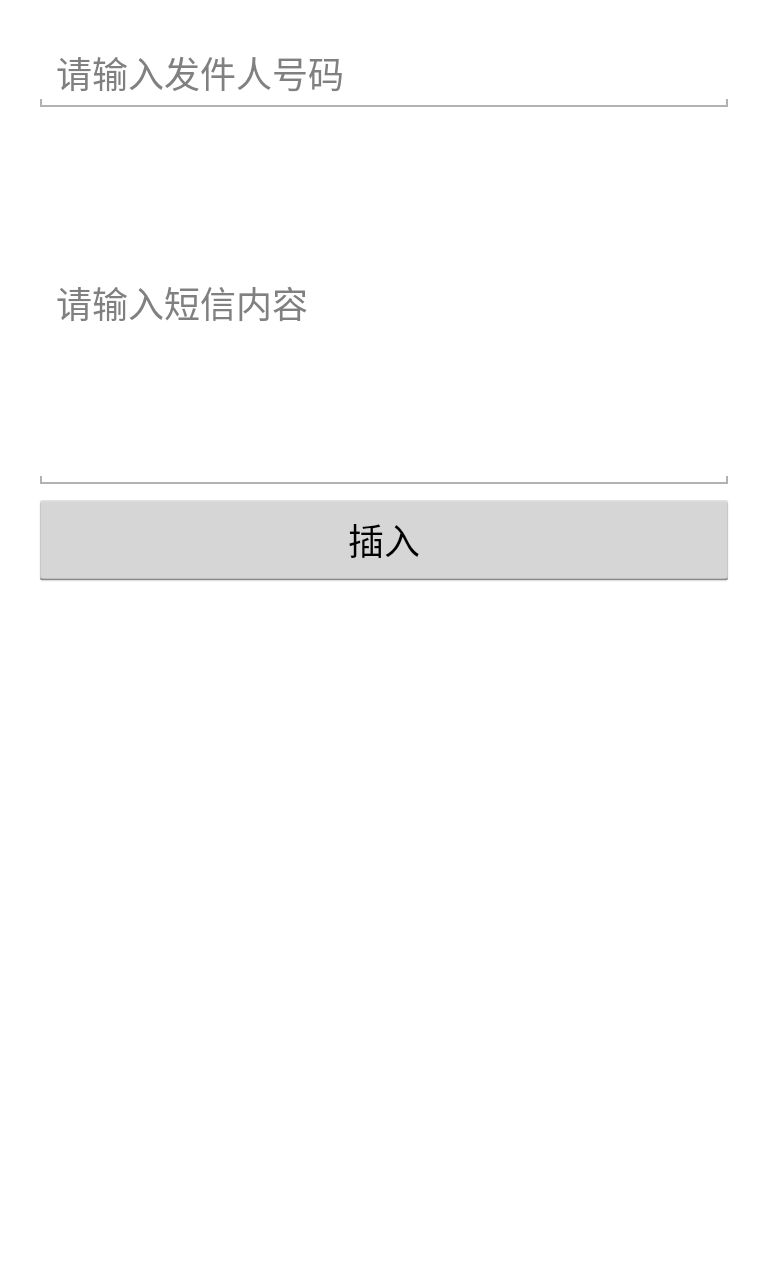
Repository: xfhy/Usually-learn-Android
Layout: ContentProvider 内容提供者/4.使用内容解析者往短信数据库插入数据/res/layout/activity_main.xml
These files come from the project's save history. The layout is drawn as it stood at one moment and after the next save; the edit follows.
It is drawn on a 768 x 1280 px phone screen (xhdpi) without system bars, with theme AppTheme; the app's code is not run.

Above is the layout before, as saved 2017-02-05 07:07:26.

After the next save:
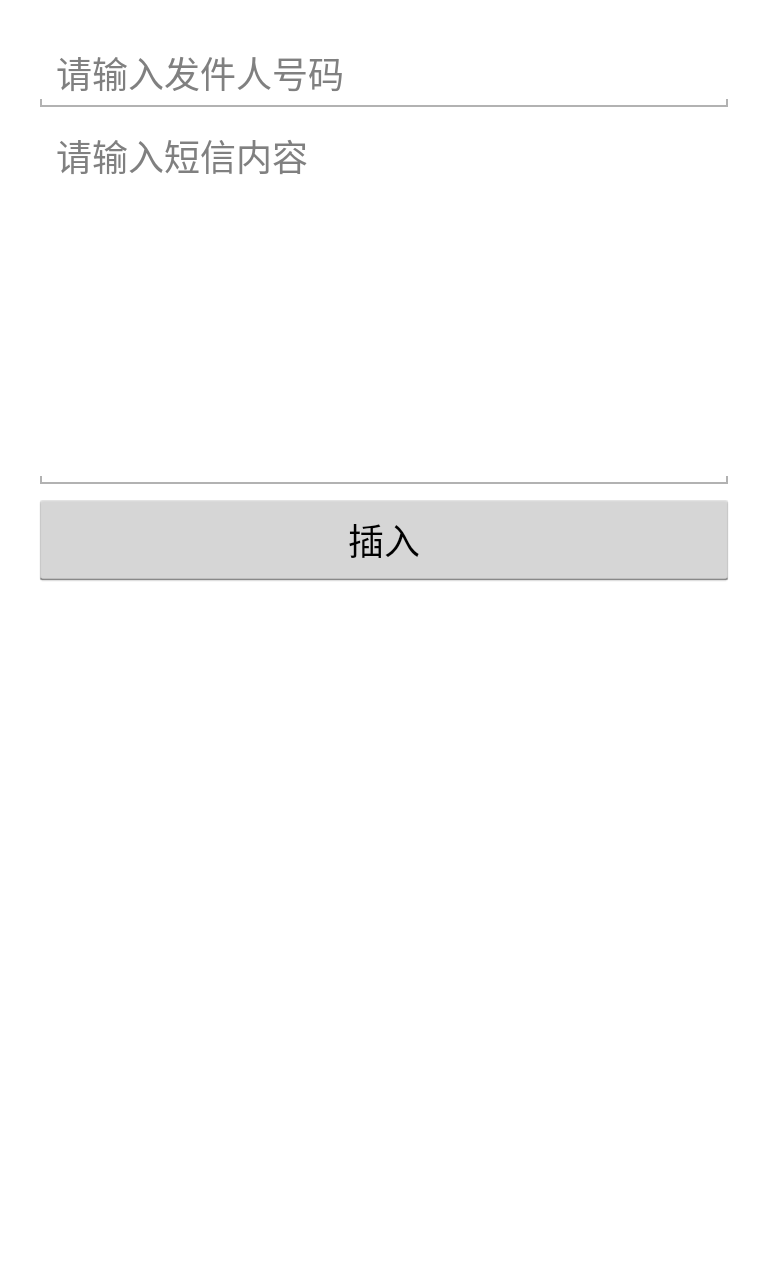
Saved 98 s later.
--- a/ContentProvider 内容提供者/4.使用内容解析者往短信数据库插入数据/res/layout/activity_main.xml
+++ b/ContentProvider 内容提供者/4.使用内容解析者往短信数据库插入数据/res/layout/activity_main.xml
@@ -20,6 +20,7 @@
         android:layout_width="fill_parent"
         android:layout_height="wrap_content"
         android:hint="请输入短信内容"
+        android:gravity="top"
         android:lines="8" />
 
     <Button
